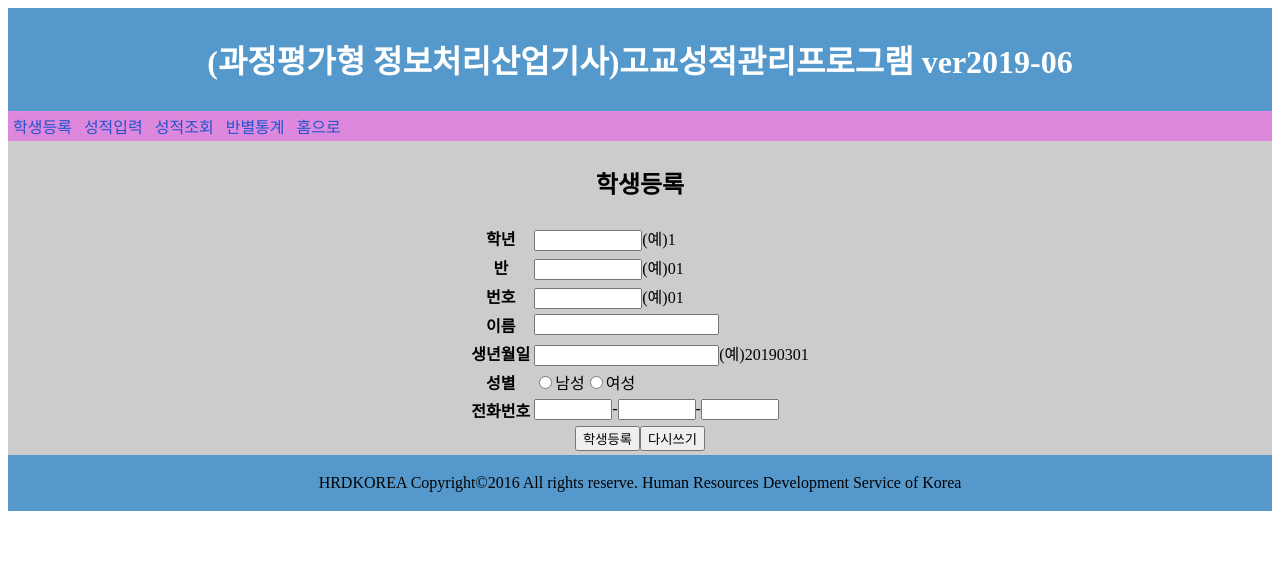
Repository: bolbbal/jdbc
Page: http://localhost/cbq_99/sub1.jsp
These files come from the project's save history. The page is drawn as it stood at one moment and after the next save; the edit follows.
The browser window is 1280 px wide. The pictures show the whole page.
The page is served by Tomcat 9.

Above is the page before, as saved 2024-08-26 06:28:11.

After the next save:
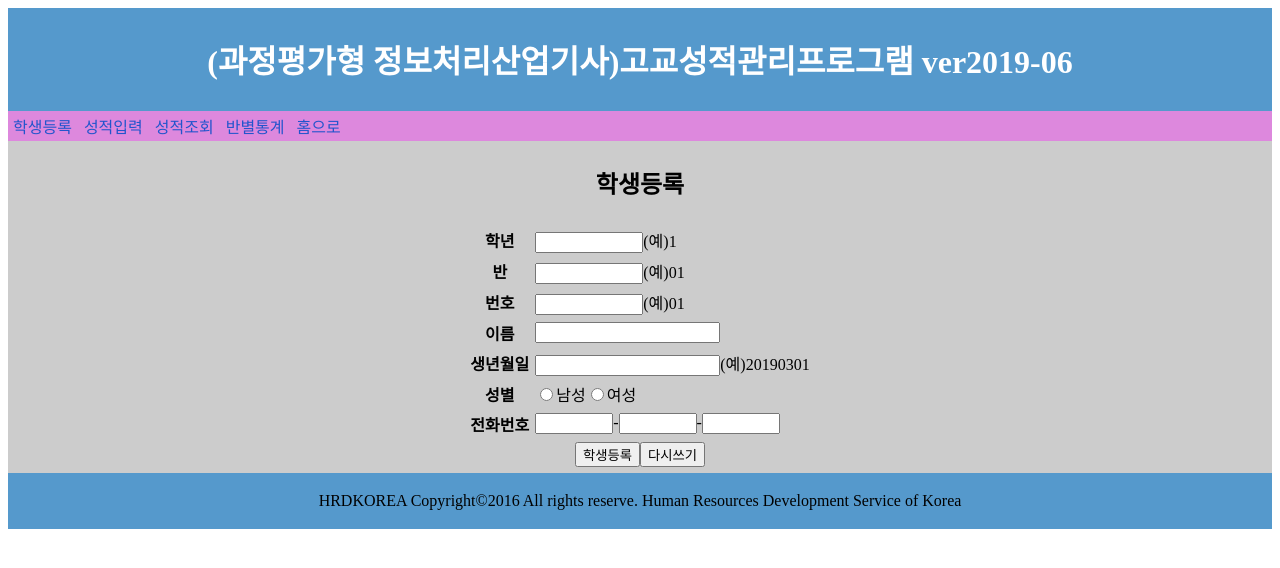
Saved 50 s later.
--- a/javastudy18/jspStudy/cbq_99/cbq_99/WebContent/sub1.jsp
+++ b/javastudy18/jspStudy/cbq_99/cbq_99/WebContent/sub1.jsp
@@ -54,7 +54,7 @@
 }
 
 table, th, td {
-	border: 1px;
+	border: 1px solid #ccc;
 }
 
 table {
